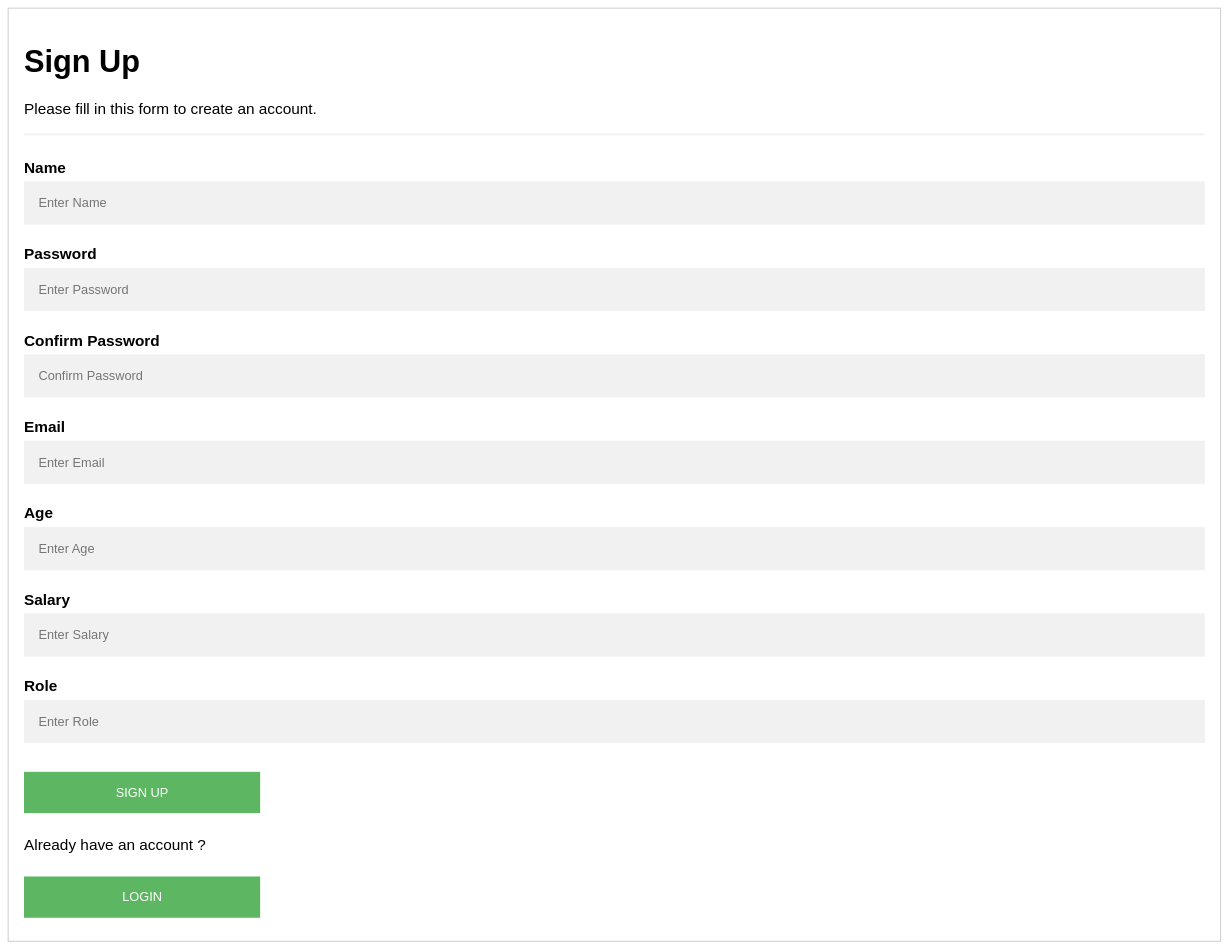
Repository: elizasharon/sprint-3-back-end
Page: http://localhost/SpringMVC2.0/WEB-INF/views/register.jsp
These files come from the project's save history. The page is drawn as it stood at one moment and after the next save; the edit follows.
The browser window is 1280 px wide. The pictures show the whole page, at 96% of full size.
The page is served by Tomcat 9. Nobody is signed in. Other server files are loaded and not shown. The template is opened directly, without the code that normally fills it, so the values that code supplies are empty.

Above is the page before, as saved 2019-07-17 04:35:22.

### Java_Eclipse_Workspace/SpringMVC2.0/src/main/webapp/WEB-INF/views/register.jsp
<%@ page language="java" contentType="text/html; charset=UTF-8"
    pageEncoding="UTF-8"%>
    <%@ taglib prefix="form" uri="http://www.springframework.org/tags/form" %>
<!DOCTYPE html>
<html>
<head>
<meta charset="UTF-8">
<title>Registration Page</title>
<style>
body {
font-family: Arial, Helvetica, sans-serif;
}
* {box-sizing: border-box}

/* Full-width input fields */
input[type=text], input[type=password], input[type=number] {
  width: 100%;
  padding: 15px;
  margin: 5px 0 22px 0;
  display: inline-block;
  border: none;
  background: #f1f1f1;
}

input[type=text]:focus, input[type=password]:focus, input[type=number]:focus {
  background-color: #ddd;
  outline: none;
}

hr {
  border: 1px solid #f1f1f1;
  margin-bottom: 25px;
}

/* Set a style for all buttons */
button {
text-align:center;
  background-color: #4CAF50;
  color: white;
  padding: 14px 20px;
  margin: 8px 0;
  border: none;
  cursor: pointer;
  width: 100%;
  opacity: 0.9;
}

button:hover {
  opacity:1;
}

/* Extra styles for the cancel button */
.cancelbtn {
  padding: 14px 20px;
  background-color: #f44336;
}

/* Float cancel and signup buttons and add an equal width */
.cancelbtn, .signupbtn {
  width: 20%;
}

/* Add padding to container elements */
.container {
  padding: 16px;
}

/* Clear floats */
.clearfix::after {
  content: "";
  clear: both;
  display: table;
}

</style>
</head>
<body>

<form:form action="register" method="post" style="border:1px solid #ccc" onsubmit="return passwordCheck()" modelAttribute="employee">
  <div class="container">
    <h1>Sign Up</h1>
    <p>Please fill in this form to create an account.</p>
    <hr>

     <form:label for="name" path="name"><b>Name</b></form:label>
    <form:input type="text" path="name" placeholder="Enter Name" />
    <form:errors path="name" cssStyle="color: #ff0000;"/>
    <br>

    <form:label for="password" path="password"><b>Password</b></form:label>
    <form:input type="password" path="password" id="pwd1" placeholder="Enter Password" name="password"  />
    <form:errors path="password" cssStyle="color: #ff0000;" />
    <br>


    <label for="password-repeat"><b>Confirm Password</b></label>
    <input type="password" id="pwd2" placeholder="Confirm Password" name="password-repeat"  />

    <form:label for="email" path="email"><b>Email</b></form:label>
    <form:input path="email" type="text" placeholder="Enter Email" name="email" />
    <form:errors path="email" cssStyle="color: #ff0000;" />
    <br>

    <form:label path="age" for="age"><b>Age</b></form:label>
    <form:input path="age" type="number" placeholder="Enter Age" name="age" />
    <form:errors path="age" cssStyle="color: #ff0000;" />
    <br>

    <form:label for="salary" path="salary"><b>Salary</b></form:label>
    <form:input type="text" path="salary" placeholder="Enter Salary" name="salary" />
    <form:errors path="salary" cssStyle="color: #ff0000;" />
    <br>

    <form:label for="role" path="name"><b>Role</b></form:label>
    <form:input type="text" path="role" placeholder="Enter Role" name="role" />
    <form:errors path="role" cssStyle="color: #ff0000;" />
    <br>

    <div class="clearfix">
      <button type="submit" class="signupbtn">SIGN UP</button>
    </div>
        <p>Already have an account ?</p>
      <div class="clearfix">
        <a href="login"><button type="button" class="signupbtn">LOGIN</button></a>
    </div>
  </div>
</form:form>
<script>
	function passwordCheck(){
		var pwd1 = document.getElementById("pwd1").value;
		var pwd2 = document.getElementById("pwd2").value;
		if(pwd1 === pwd2){
			return true;
		}
		else{
			alert("Both the password fields are not same !");
			return false;
		}
	}
</script>
</body>
</html>

After the next save:
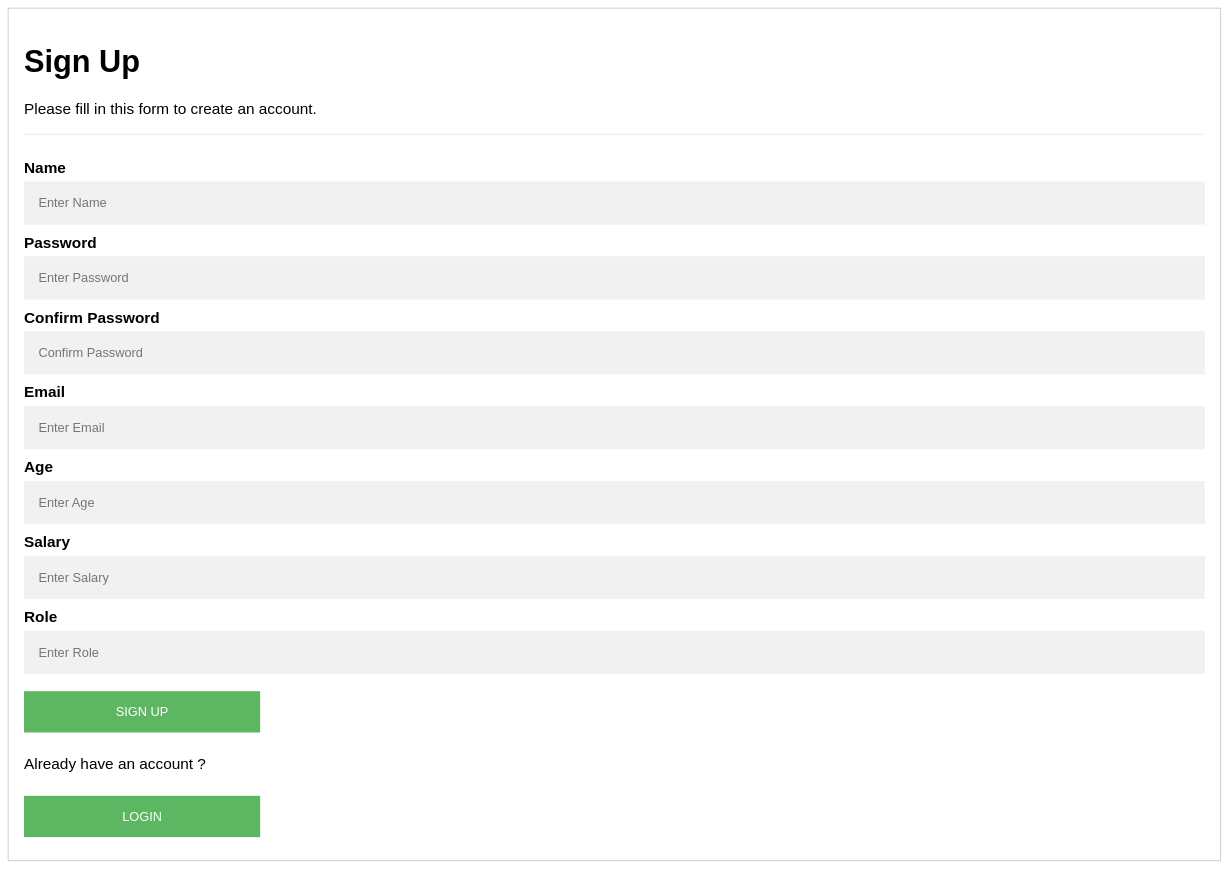
Saved 26 s later.
--- a/Java_Eclipse_Workspace/SpringMVC2.0/src/main/webapp/WEB-INF/views/register.jsp
+++ b/Java_Eclipse_Workspace/SpringMVC2.0/src/main/webapp/WEB-INF/views/register.jsp
@@ -16,7 +16,7 @@
 input[type=text], input[type=password], input[type=number] {
   width: 100%;
   padding: 15px;
-  margin: 5px 0 22px 0;
+  margin: 5px 0 10px 0;
   display: inline-block;
   border: none;
   background: #f1f1f1;
